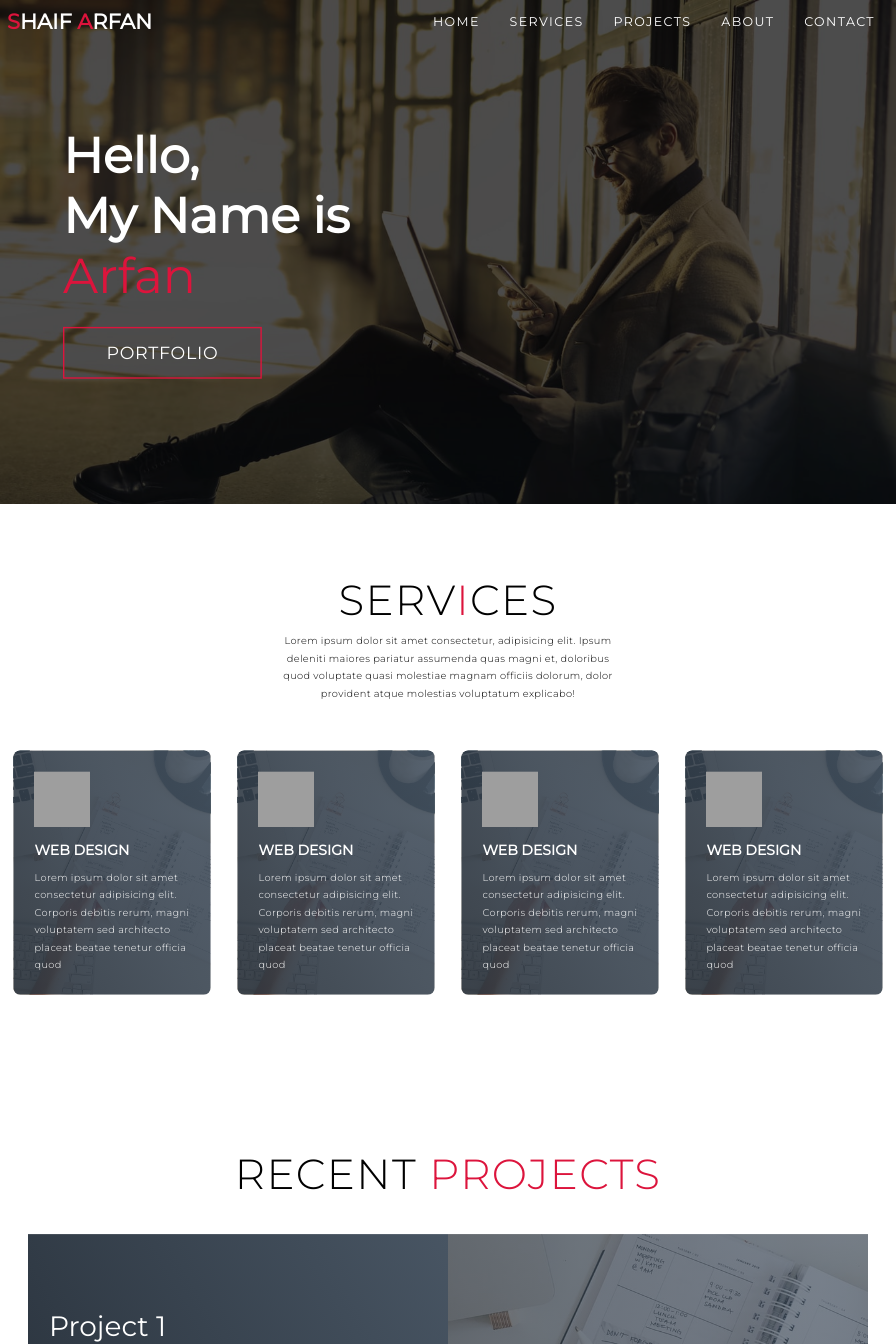
Repository: TruongLe2k0605/OnePage
Page: index.html
The author's editor kept a copy of each file at every save. The page is drawn from the files as they stood at one save, then again after the next save.
The browser window is 1280 px wide. The pictures show the part of the page from y = 0 to 1920 px (the page is 5552 px tall), at 70% of full size.
Pictures or frames that could not be fetched are drawn as grey boxes.

Above is the page before, as saved 2022-03-28 14:58:32.

After the next save:
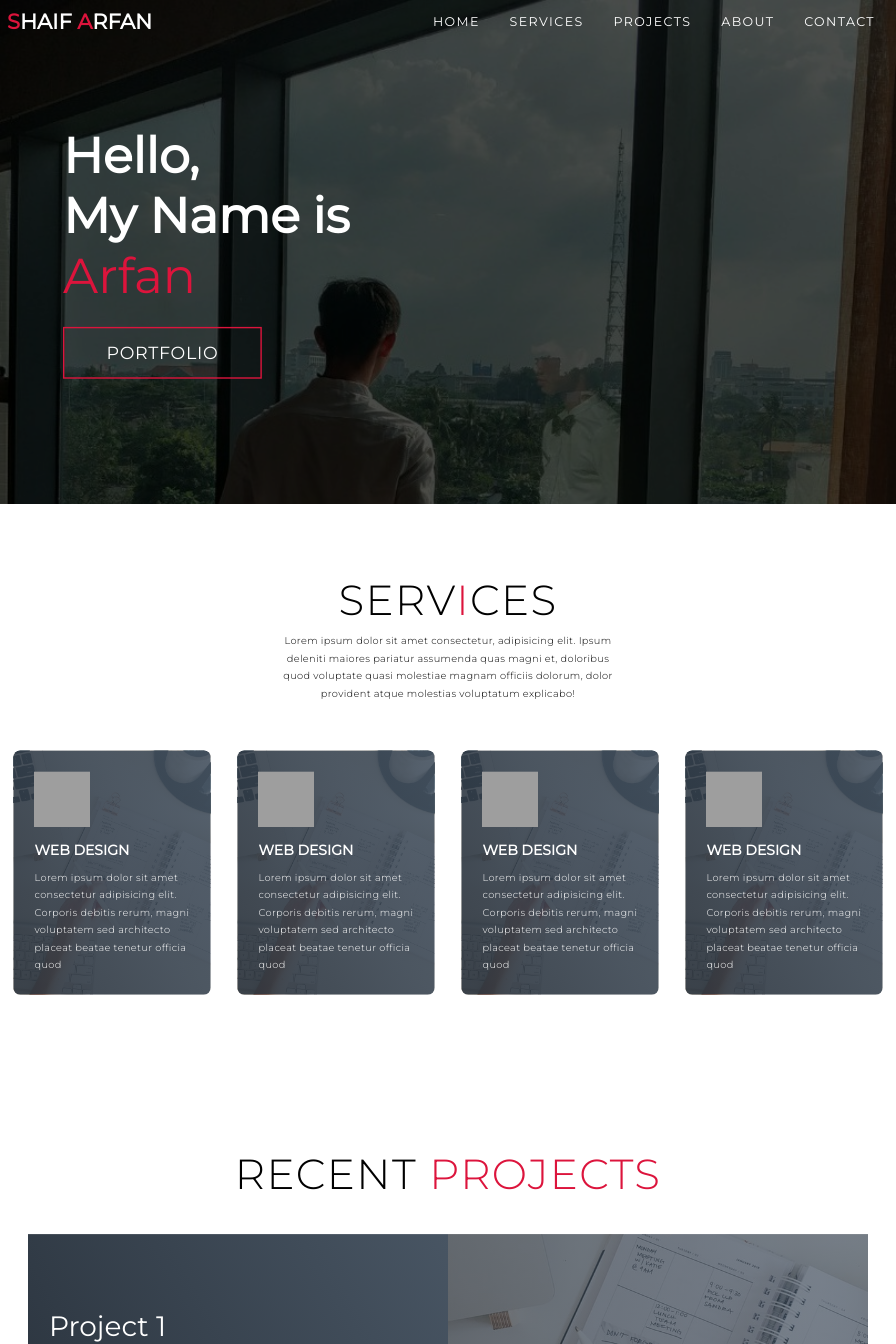
Saved 2 min 50 s later.
--- a/style.css
+++ b/style.css
@@ -200,7 +200,7 @@ p {
 
 /* Hero Section */
 #hero {
-	background-image: url(./img/hero-bg.png);
+	background-image: url(./img/truong.jpg);
 	background-size: cover;
 	background-position: top center;
 	position: relative;
